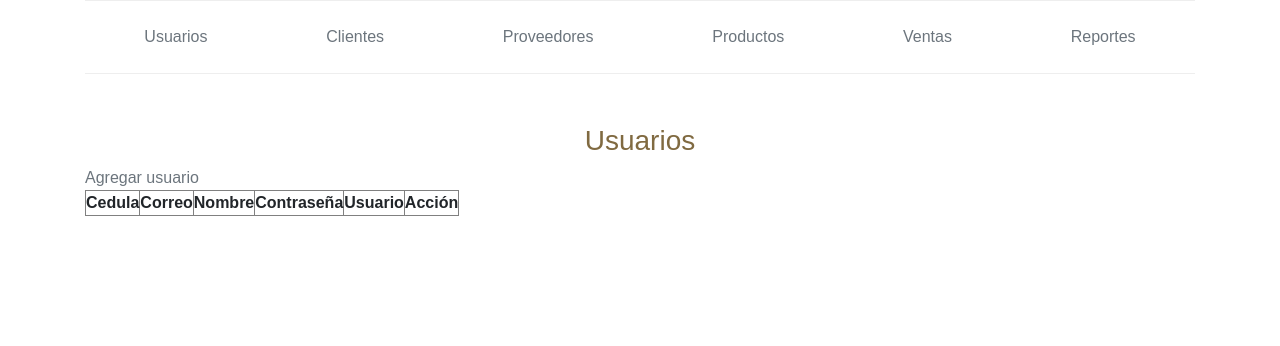
Repository: andresrojas686/tiendaGenericaMintic
Page: http://localhost/primerJSP/usuarios.jsp
These files come from the project's save history. The page is drawn as it stood at one moment and after the next save; the edit follows.
The browser window is 1280 px wide. The pictures show the whole page.
The page is served by Tomcat 9. Other server files are loaded and not shown. Queries for data that is not in the repository find no rows.

Above is the page before, as saved 2021-09-15 19:42:14.

### primerJSP/src/main/webapp/usuarios.jsp
<%@ page language="java" contentType="text/html; charset=ISO-8859-1"
    pageEncoding="ISO-8859-1"%>
<%@ page import = "java.sql.*" %>
<!DOCTYPE html>
<html>
<head>
<meta charset="ISO-8859-1">
<link rel="stylesheet" href="style/styles.css">
<link rel="stylesheet" href="style/main.css">
<title>Usuarios</title>
</head>
<body>
	<!-- -----------------------Menu-------------------------------- -->
	    <section class="main">
        <div class="container">
            <section class="row">
                <div class="col">
                    <div class="border-top border-bottom py-3">
                        <ul class="nav nav-pills nav-fill">
                            <li class="nav-item">
                                <a href="usuarios.jsp" class="nav-link">Usuarios</a>
                            </li>
                            <li class="nav-item">
                                <a href="clientes.jsp" class="nav-link">Clientes</a>
                            </li>
                            <li class="nav-item">
                                <a href="proveedores.jsp" class="nav-link">Proveedores</a>
                            </li>
                            <li class="nav-item">
                                <a href="productos.jsp" class="nav-link">Productos</a>
                            </li>
                            <li class="nav-item">
                                <a href="ventas.jsp" class="nav-link">Ventas</a>
                            </li>
                            <li class="nav-item">
                                <a href="reportes.jsp" class="nav-link">Reportes</a>
                            </li>
                        </ul>
                    </div>
                </div>
            </section>
            <!-- -----------------------FIN Menu-------------------------------- -->
	<h1 class="titulo-tienda">Usuarios</h1>
	<%
		Class.forName("com.mysql.jdbc.Driver");
		Connection conexion = DriverManager.getConnection("jdbc:mysql://localhost:3306/tienda","root", "Julian0992");
		PreparedStatement ps = conexion.prepareStatement("SELECT * FROM usuarios");
		ResultSet  result = ps.executeQuery();
	%>
	<a href="agregarUsuario.html">Agregar usuario</a>
	<table border="double">
		<tr>
			<th>Cedula</th>
			<th>Correo</th>
			<th>Nombre</th>
			<th>Contraseña</th>
			<th>Usuario</th>
			<th colspan="2">Acción</th>
		</tr>
		<%
			while(result.next()){
		%>
		<tr>
			<td><%= result.getInt("cedula_usuario") %></td>
			<td><%= result.getString("email_usuario") %></td>
			<td><%= result.getString("nombre_usuario") %></td>
			<td><%= result.getString("password") %></td>
			<td><%= result.getString("usuario") %></td>
			<td><a href="editar.jsp?cedula=<%=result.getInt("cedula_usuario")%>">Editar</a></td>
			<td><a href="eliminar.jsp?cedula=<%=result.getInt("cedula_usuario")%>">Eliminar</a></td>
		</tr>
		<%
			}
		%>
	</table>


</body>
</html>

### primerJSP/src/main/webapp/style/styles.css
@charset "ISO-8859-1";
*{
    margin: 0;
    padding: 0;
}
.titulo-tienda{
  text-align: center;
  margin-top: 50px;
  font-family:Arial, Helvetica, sans-serif;
  font-size: 28px;
  color: #806a41;
}
.ingresa{
  text-align: center;
  font-size: 25px;
  color: grey;
}
form label{
  margin-left: 50px;
  margin-top: 7px;
  margin-bottom: 7px;
}
.usuario{
  display: flex;
}
form label input{
  flex-wrap: wrap;
  width: 75vw;
  height: 35px;
  font-size: 15px;
  /* border-radius: 5px; */
}

.contenedor-botones{
  margin-top: 20px;
  display: flex;
  width: 100%;
}

.botones-usuario{
  margin: 0 auto;
  width: 150px;
  height: 40px;
  color: white;
  border: 2px solid #806a41;
  background-color: #806a41;
  border-radius: 10px;
  cursor: pointer;
}
.botones-usuario a{
  color: white;
}
.botones-usuario:hover{
  background-color: white;
  color: #806a41;
  box-shadow: 3px 3px 3px gray;
}
.enlace-usuario{
  text-align: center;
  padding-top: 5px;
  width: 150px;
  height: 40px;
  color: white;
  border: 2px solid #806a41;
  background-color: #806a41;
  border-radius: 10px;
}
.enlace-usuario:hover{
  text-align: center;
  padding-top: 5px;
  width: 150px;
  height: 40px;
  color: white;
  border: 2px solid #806a41;
  background-color: white;
  color: #806a41;
  border-radius: 10px;
}

Loaded but not shown: primerJSP/src/main/webapp/style/main.css (library)

After the next save:
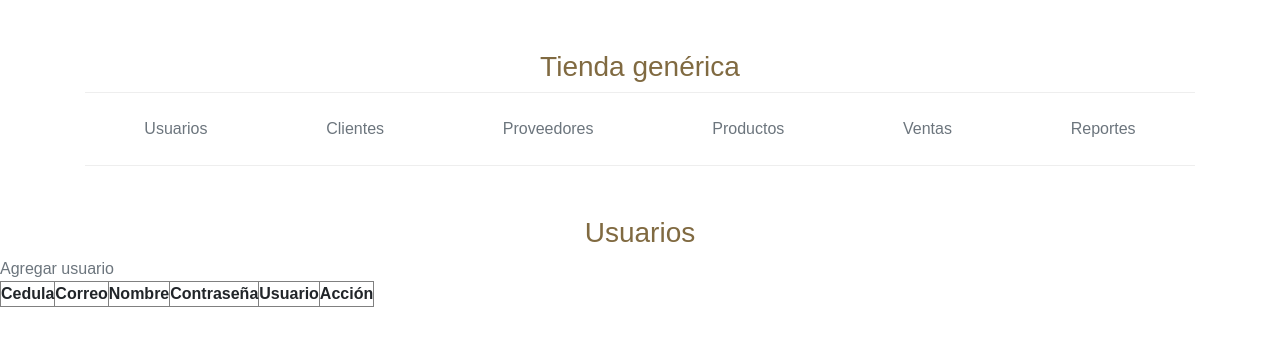
Saved 53 s later.
--- a/primerJSP/src/main/webapp/usuarios.jsp
+++ b/primerJSP/src/main/webapp/usuarios.jsp
@@ -10,6 +10,8 @@
 <title>Usuarios</title>
 </head>
 <body>
+	<header>
+        <h1 class="titulo-tienda">Tienda genérica</h1>
 	<!-- -----------------------Menu-------------------------------- -->
 	    <section class="main">
         <div class="container">
@@ -40,6 +42,7 @@
                 </div>
             </section>
             <!-- -----------------------FIN Menu-------------------------------- -->
+            </header>
 	<h1 class="titulo-tienda">Usuarios</h1>
 	<%
 		Class.forName("com.mysql.jdbc.Driver");
